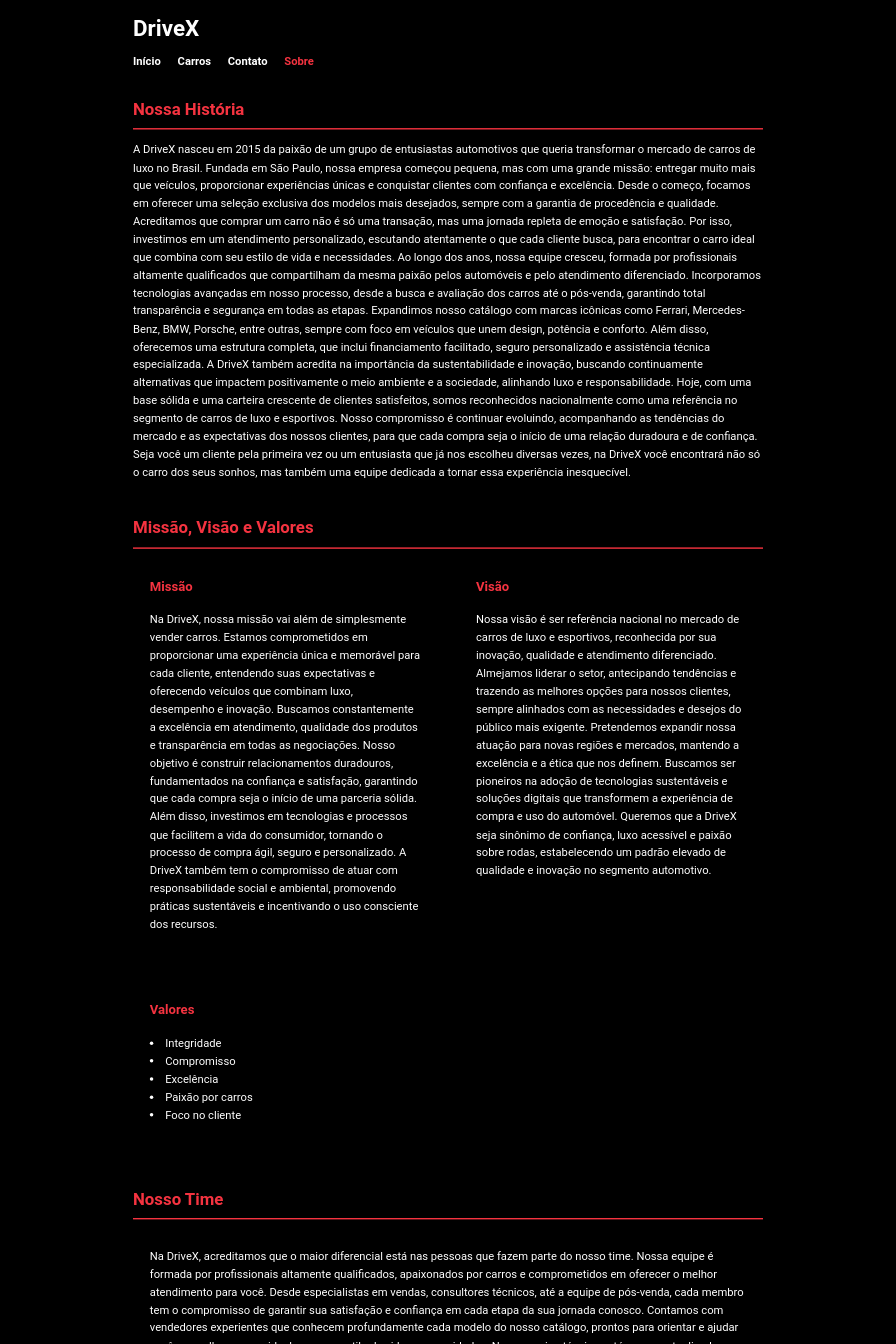
Repository: Mateushlp/DriveX
Page: sobre.html
The author's editor kept a copy of each file at every save. The page is drawn from the files as they stood at one save, then again after the next save.
The browser window is 1280 px wide. The pictures show the part of the page from y = 0 to 1920 px (the page is 3247 px tall before and 3274 px after), at 70% of full size.

Above is the page before, as saved 2025-06-24 21:19:42.

### sobre.html
<!DOCTYPE html>
<html lang="pt-BR">
<head>
  <meta charset="UTF-8" />
  <meta name="viewport" content="width=device-width, initial-scale=1" />
  <title>DriveX - Sobre Nós</title>
  <link rel="stylesheet" href="sobre.css" />
</head>
<body>
  <header class="cabecalho">
    <div class="container">
      <h1>DriveX</h1>
      <nav>
        <ul class="menu">
          <li><a href="index.html">Início</a></li>
          <li><a href="carros.html">Carros</a></li>
          <li><a href="contato.html">Contato</a></li>
          <li><a href="sobre.html" class="ativo">Sobre</a></li>
        </ul>
      </nav>
    </div>
  </header>

  <main class="container">
    <section class="historia">
      <h2>Nossa História</h2>
      <p>
        A DriveX nasceu em 2015 da paixão de um grupo de entusiastas automotivos que queria transformar o mercado de carros de luxo no Brasil. Fundada em São Paulo, nossa empresa começou pequena, mas com uma grande missão: entregar muito mais que veículos, proporcionar experiências únicas e conquistar clientes com confiança e excelência.

Desde o começo, focamos em oferecer uma seleção exclusiva dos modelos mais desejados, sempre com a garantia de procedência e qualidade. Acreditamos que comprar um carro não é só uma transação, mas uma jornada repleta de emoção e satisfação. Por isso, investimos em um atendimento personalizado, escutando atentamente o que cada cliente busca, para encontrar o carro ideal que combina com seu estilo de vida e necessidades.

Ao longo dos anos, nossa equipe cresceu, formada por profissionais altamente qualificados que compartilham da mesma paixão pelos automóveis e pelo atendimento diferenciado. Incorporamos tecnologias avançadas em nosso processo, desde a busca e avaliação dos carros até o pós-venda, garantindo total transparência e segurança em todas as etapas.

Expandimos nosso catálogo com marcas icônicas como Ferrari, Mercedes-Benz, BMW, Porsche, entre outras, sempre com foco em veículos que unem design, potência e conforto. Além disso, oferecemos uma estrutura completa, que inclui financiamento facilitado, seguro personalizado e assistência técnica especializada.

A DriveX também acredita na importância da sustentabilidade e inovação, buscando continuamente alternativas que impactem positivamente o meio ambiente e a sociedade, alinhando luxo e responsabilidade.

Hoje, com uma base sólida e uma carteira crescente de clientes satisfeitos, somos reconhecidos nacionalmente como uma referência no segmento de carros de luxo e esportivos. Nosso compromisso é continuar evoluindo, acompanhando as tendências do mercado e as expectativas dos nossos clientes, para que cada compra seja o início de uma relação duradoura e de confiança.

Seja você um cliente pela primeira vez ou um entusiasta que já nos escolheu diversas vezes, na DriveX você encontrará não só o carro dos seus sonhos, mas também uma equipe dedicada a tornar essa experiência inesquecível.


      </p>
    </section>

    <section class="missao-visao-valores">
      <h2>Missão, Visão e Valores</h2>
      <div class="mvvs">
        <article>
          <h3>Missão</h3>
          <p>Na DriveX, nossa missão vai além de simplesmente vender carros. Estamos comprometidos em proporcionar uma experiência única e memorável para cada cliente, entendendo suas expectativas e oferecendo veículos que combinam luxo, desempenho e inovação. Buscamos constantemente a excelência em atendimento, qualidade dos produtos e transparência em todas as negociações. Nosso objetivo é construir relacionamentos duradouros, fundamentados na confiança e satisfação, garantindo que cada compra seja o início de uma parceria sólida. Além disso, investimos em tecnologias e processos que facilitem a vida do consumidor, tornando o processo de compra ágil, seguro e personalizado. A DriveX também tem o compromisso de atuar com responsabilidade social e ambiental, promovendo práticas sustentáveis e incentivando o uso consciente dos recursos.</p>
        </article>
        <article>
          <h3>Visão</h3>
          <p>Nossa visão é ser referência nacional no mercado de carros de luxo e esportivos, reconhecida por sua inovação, qualidade e atendimento diferenciado. Almejamos liderar o setor, antecipando tendências e trazendo as melhores opções para nossos clientes, sempre alinhados com as necessidades e desejos do público mais exigente. Pretendemos expandir nossa atuação para novas regiões e mercados, mantendo a excelência e a ética que nos definem. Buscamos ser pioneiros na adoção de tecnologias sustentáveis e soluções digitais que transformem a experiência de compra e uso do automóvel. Queremos que a DriveX seja sinônimo de confiança, luxo acessível e paixão sobre rodas, estabelecendo um padrão elevado de qualidade e inovação no segmento automotivo.</p>
        </article>
        <article>
          <h3>Valores</h3>
          <ul>
            <li>Integridade</li>
            <li>Compromisso</li>
            <li>Excelência</li>
            <li>Paixão por carros</li>
            <li>Foco no cliente</li>
          </ul>
        </article>
      </div>
    </section>

    <section class="time">
      <h2>Nosso Time</h2>
      <p>
       Na DriveX, acreditamos que o maior diferencial está nas pessoas que fazem parte do nosso time. Nossa equipe é formada por profissionais altamente qualificados, apaixonados por carros e comprometidos em oferecer o melhor atendimento para você. Desde especialistas em vendas, consultores técnicos, até a equipe de pós-venda, cada membro tem o compromisso de garantir sua satisfação e confiança em cada etapa da sua jornada conosco.

Contamos com vendedores experientes que conhecem profundamente cada modelo do nosso catálogo, prontos para orientar e ajudar você a escolher o carro ideal para seu estilo de vida e necessidades. Nossa equipe técnica está sempre atualizada com as últimas tendências e inovações do mercado automotivo, garantindo que os veículos entregues estejam nas melhores condições e com toda a segurança.

Além disso, valorizamos a diversidade e o trabalho colaborativo, promovendo um ambiente de respeito, aprendizado constante e desenvolvimento profissional. Investimos continuamente em treinamentos, capacitações e tecnologias para que nosso time esteja sempre preparado para superar suas expectativas.

Aqui na DriveX, mais do que vender carros, construímos relacionamentos duradouros com nossos clientes, e isso só é possível graças à dedicação e paixão do nosso time. Estamos prontos para transformar seu sonho em realidade com excelência e transparência.
      </p>
    </section>

    <section class="depoimentos">
      <h2>O que dizem nossos clientes</h2>
      <div class="depoimento">
        <p>"Comprei meu primeiro carro na DriveX e fiquei tão satisfeito que voltei para adquirir outro. Atendimento excepcional e carros impecáveis."</p>
        <strong>- Carlos Mendes</strong>
      </div>
      <div class="depoimento">
        <p>"Sou cliente fiel da DriveX há anos Comprei vários modelos diferentes e sempre fui muito bem atendido A equipe entende exatamente o que preciso e entrega carros de qualidade Excelente serviço"</p>
        <strong>- Maria Oliveira</strong>
      </div>
      <div class="depoimento">
        <p>"Comprei meu primeiro carro na DriveX há 7 anos e voltei para comprar mais dois Vejo aqui a combinação perfeita de variedade confiança e preço justo Estou muito satisfeita e continuarei comprando com eles"</p>
        <strong>- João Silva</strong>
      </div>
      <div class="depoimento">
        <p>"Já comprei dois carros na DriveX e a experiência foi impecável em ambas as vezes Atendimento personalizado, qualidade nos veículos e toda a transparência que eu precisava. Com certeza vou continuar comprando aqui!"</p>
        <strong>- Ana Paula</strong>
      </div>
<div class="depoimento">
        <p>"Já comprei três carros na DriveX e posso afirmar que a confiança e o atendimento diferenciado me conquistaram Cada compra foi melhor que a anterior Estou muito feliz com a minha escolha"</p>
        <strong>- Fernanda Costa</strong>
      </div>
      <div class="depoimento">
        <p>"Desde que conheci a DriveX comprei quatro carros com eles A variedade de modelos e a atenção dedicada fazem toda a diferença Recomendo para quem quer qualidade e confiança"</p>
        <strong>- Ricardo Alves</strong>
      </div>

    </section>
  </main>

  <footer class="rodape">
    <p>&copy; 2025 DriveX. Todos os direitos reservados.</p>
    <p>Contato: contato@drivex.com | (11) 99999-9999</p>
  </footer>
</body>
</html>

### sobre.css
body {
  font-family: 'Roboto', sans-serif;
  background: #000;
  margin: 0;
  color: #333;
  line-height: 1.6;
}

p{
    color: #fff
}


.cabecalho {
  background: #000;
  color: #fff;
  padding: 1rem 2rem;
}

.container {
  max-width: 900px;
  margin: auto;
}

.container > section {
  margin-bottom: 3rem;
}

.menu {
  list-style: none;
  display: flex;
  gap: 1.5rem;
  padding-left: 0;
  margin: 0;
}
li{
    color: #fff;
}
.menu li a {
  color: #fff;
  text-decoration: none;
  font-weight: 600;
}

.menu li a.ativo,
.menu li a:hover {
  color: #f53340;
}

h1 {
  margin: 0;
  padding-bottom: 0.5rem;
}

h2 {
  color: #f53340;
  margin-bottom: 1rem;
  border-bottom: 2px solid #f53340;
  padding-bottom: 0.5rem;
}

.mvvs {
  display: flex;
  flex-wrap: wrap;
  gap: 2rem;
  justify-content: space-between;
}

.mvvs article {
  background: #000;
  border-radius: 8px;
  box-shadow: 0 2px 10px rgba(0,0,0,0.1);
  flex: 1 1 280px;
  padding: 1.5rem;
}

.mvvs h3 {
  margin-top: 0;
  color:#f53340;
}

.mvvs ul {
  list-style: disc inside;
  padding-left: 0;
  margin-top: 0.5rem;
}

.time p {
  background: #000;
  padding: 1.5rem;
  border-radius: 8px;
  box-shadow: 0 2px 10px rgba(0,0,0,0.1);
}

.depoimentos {
  background: #000;
  padding: 2rem;
  border-radius: 8px;
  box-shadow: 0 2px 10px rgba(0,0,0,0.1);
}

.depoimento {
  margin-bottom: 1.5rem;
  font-style: italic;
  border-left: 4px solid #f53340;
  padding-left: 1rem;
}

.depoimento strong {
  display: block;
  margin-top: 0.5rem;
  font-weight: 700;
  color: #f53340;
}

.rodape {
  background: #111;
  color: #fff;
  text-align: center;
  padding: 2rem 1rem;
  margin-top: 3rem;
}

/* Responsivo */
@media (max-width: 700px) {
  .mvvs {
    flex-direction: column;
  }
}

After the next save:
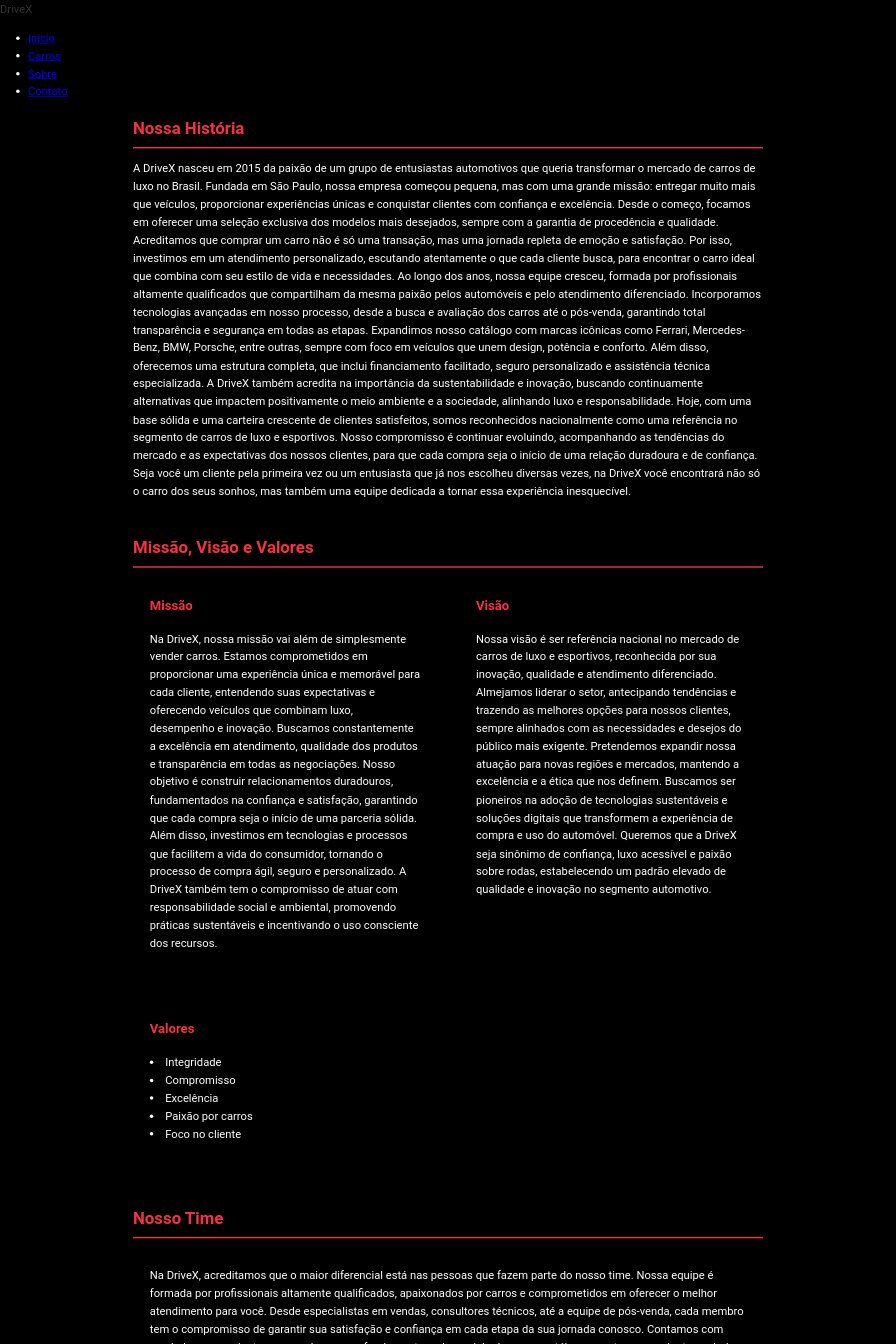
Saved 76 s later.
--- a/sobre.html
+++ b/sobre.html
@@ -7,19 +7,18 @@
   <link rel="stylesheet" href="sobre.css" />
 </head>
 <body>
-  <header class="cabecalho">
-    <div class="container">
-      <h1>DriveX</h1>
-      <nav>
-        <ul class="menu">
-          <li><a href="index.html">Início</a></li>
-          <li><a href="carros.html">Carros</a></li>
-          <li><a href="contato.html">Contato</a></li>
-          <li><a href="sobre.html" class="ativo">Sobre</a></li>
-        </ul>
-      </nav>
-    </div>
+  <header>
+    <div class="logo">Drive<span>X</span></div>
+    <nav>
+      <ul>
+        <li><a href="index.html">Início</a></li>
+        <li><a href="carros.html">Carros</a></li>
+        <li><a href="sobre.html">Sobre</a></li>
+        <li><a href="contato.html">Contato</a></li>
+      </ul>
+    </nav>
   </header>
+
 
   <main class="container">
     <section class="historia">
